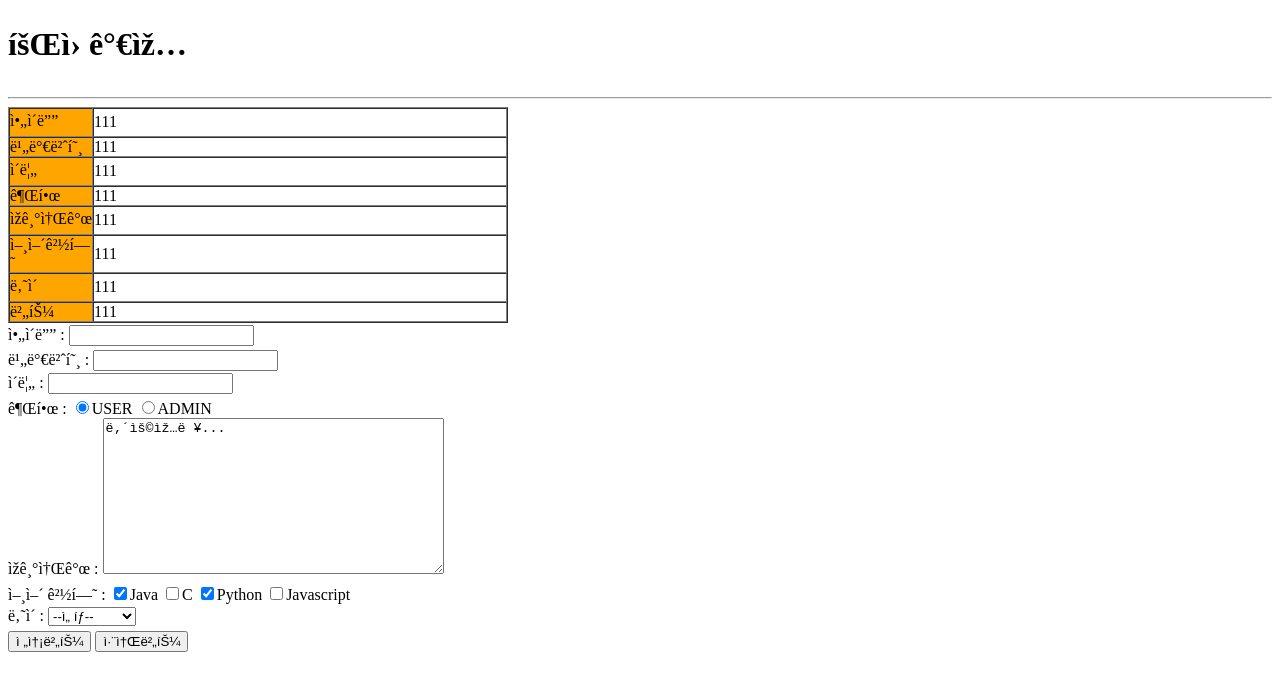
Repository: serim53/JSPStudy
Page: http://localhost/BoardWeb_JSP_/insertUser.jsp
These files come from the project's save history. The page is drawn as it stood at one moment and after the next save; the edit follows.
The browser window is 1280 px wide. The pictures show the whole page.
The page is served by Tomcat 10. Other server files are loaded and not shown.

Above is the page before, as saved 2025-07-08 05:04:22.

### BoardWeb(JSP)/src/main/webapp/insertUser.jsp
<!DOCTYPE html PUBLIC "-//W3C//DTD HTML 4.01 Transitional//EN" "http://www.w3.org/TR/html4/loose.dtd">
<html>
<head>
<meta http-equiv="Content-Type" content="text/html; charset=UTF-8">
<title>회원가입</title>
</head>
<body>
<h1>회원 가입</h1>
<hr>
<form action="insertUser.do" method="get">

<table border="1" cellpadding="0" cellspacing="0" width="500">
	<tr>
		<td bgcolor="orange" width="70">아이디</td>
		<td>111</td>
	</tr>
	<tr>
		<td bgcolor="orange">비밀번호</td>
		<td>111</td>
	</tr>
	<tr>
		<td bgcolor="orange">이름</td>
		<td>111</td>
	</tr>
	<tr>
		<td bgcolor="orange">권한</td>
		<td>111</td>
	</tr>
	<tr>
		<td bgcolor="orange">자기소개</td>
		<td>111</td>
	</tr>
	<tr>
		<td bgcolor="orange">언어경험</td>
		<td>111</td>
	</tr>
	<tr>
		<td bgcolor="orange">나이</td>
		<td>111</td>
	</tr>
	<tr>
		<td bgcolor="orange">버튼</td>
		<td>111</td>
	</tr>
</table>
아이디 : <input type="text" size="20"/><br>
비밀번호 : <input type="password" size="20"/><br>
이름 : <input type="text"/><br>
권한 : <input name="role" type="radio" checked/>USER
      <input name="role" type="radio"/>ADMIN<br>
자기소개 : <textarea rows="10" cols="40">내용입력...</textarea><br>
언어 경험 : <input type="checkbox" checked/>Java
		  <input type="checkbox"/>C
		  <input type="checkbox" checked/>Python
		  <input type="checkbox"/>Javascript<br>
나이 : <select>
		<option>--선택--
		<option>10대
		<option>20대
		<option>30대
		<option>40대
		<option>50대
		<option>60대 이상
	  </select><br>
<input type="submit" value="전송버튼"/>
<input type="reset" value="취소버튼"/>
</form>
</body>
</html>

After the next save:
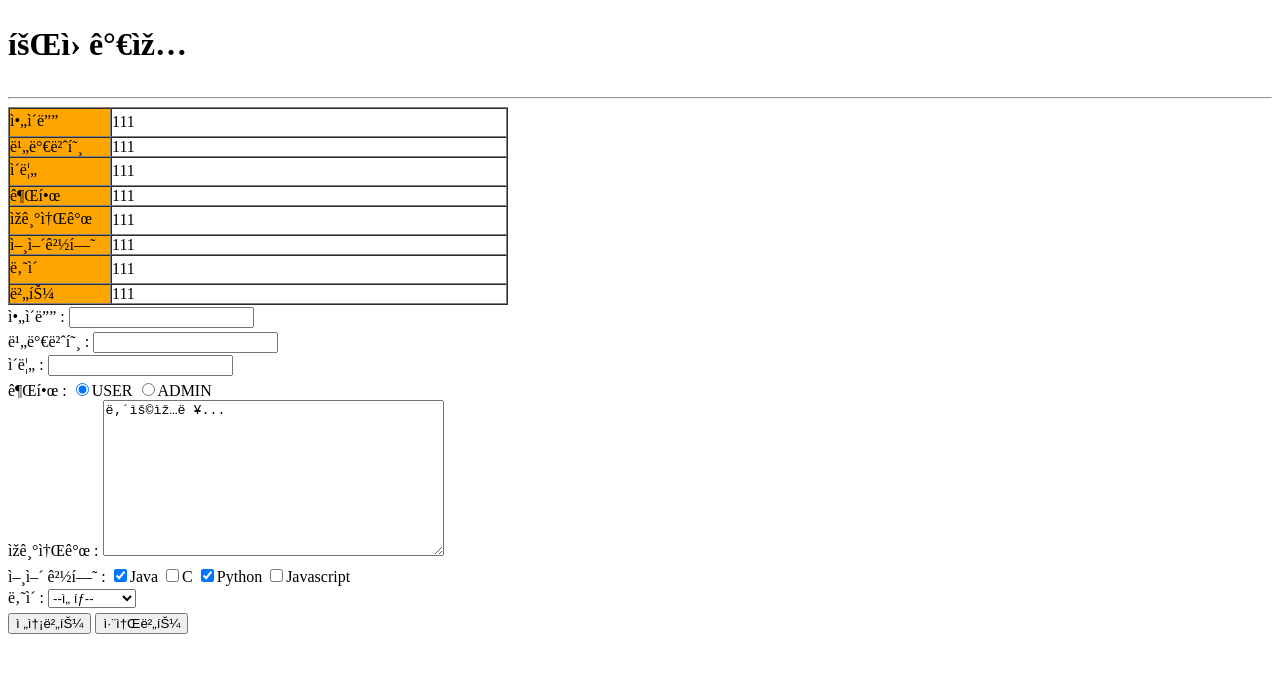
Saved 3 s later.
--- a/BoardWeb(JSP)/src/main/webapp/insertUser.jsp
+++ b/BoardWeb(JSP)/src/main/webapp/insertUser.jsp
@@ -11,7 +11,7 @@
 
 <table border="1" cellpadding="0" cellspacing="0" width="500">
 	<tr>
-		<td bgcolor="orange" width="70">아이디</td>
+		<td bgcolor="orange" width="100">아이디</td>
 		<td>111</td>
 	</tr>
 	<tr>
